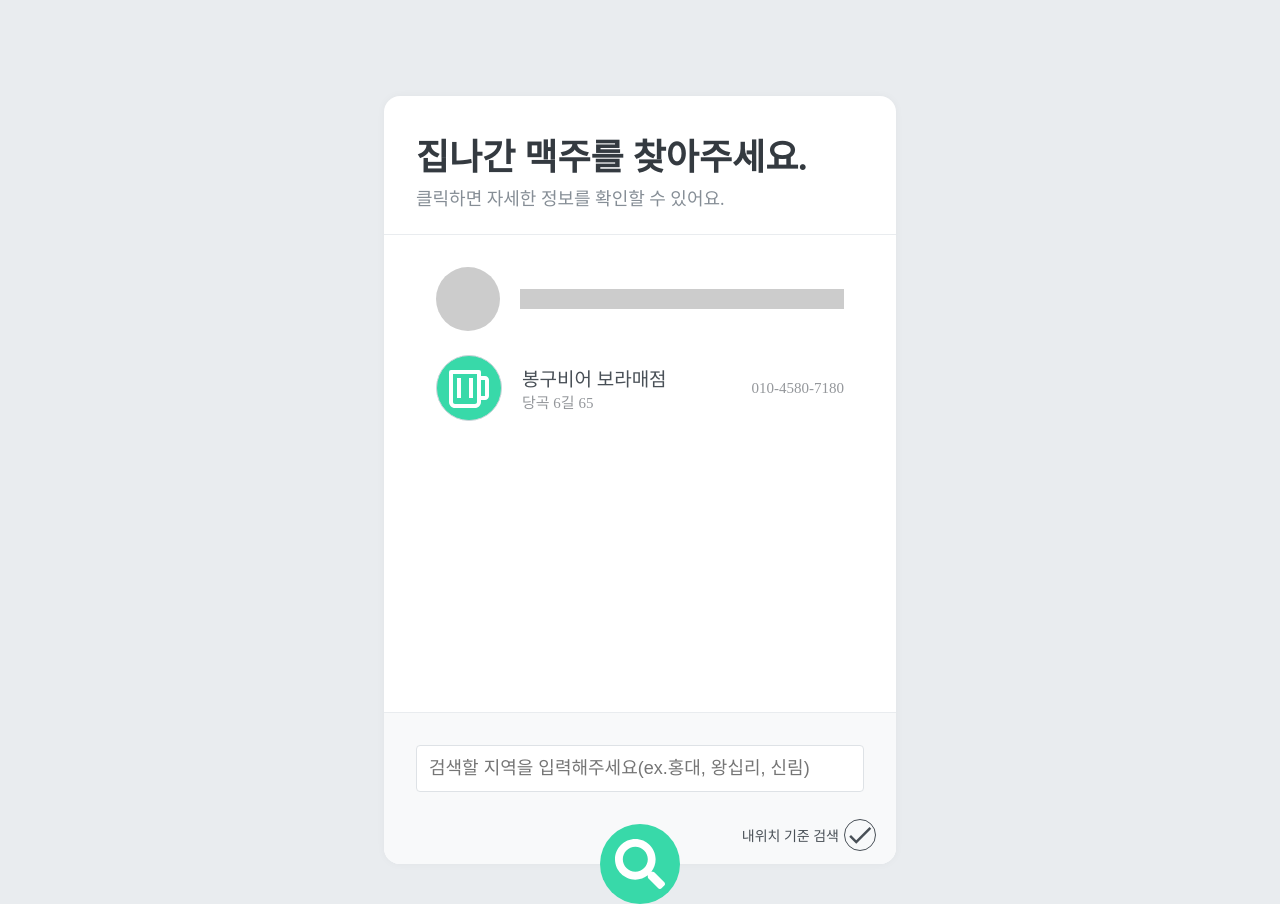
Repository: THE-SOPT-WEB/kimNamjun
Page: / (app in week4/bring-my-beer/)
The author's editor kept a copy of each file at every save. The page is drawn from the files as they stood at one save, then again after a run of saves.
The browser window is 1280 px wide. The pictures show the whole page.
The project was rebuilt for these pictures with package versions that can differ from the ones it lists, and the page was loaded fresh each time.

Above is the page before, as saved 2022-05-13 03:27:58.

### week4/bring-my-beer/public/index.html
<!DOCTYPE html>
<html lang="en">
  <head>
    <meta charset="utf-8" />
    <link rel="icon" href="%PUBLIC_URL%/favicon.ico" />
    <meta name="viewport" content="width=device-width, initial-scale=1" />
    <meta name="theme-color" content="#000000" />
    <meta
      name="description"
      content="Web site created using create-react-app"
    />
    <link rel="apple-touch-icon" href="%PUBLIC_URL%/logo192.png" />
    <!--
      manifest.json provides metadata used when your web app is installed on a
      user's mobile device or desktop. See https://developers.google.com/web/fundamentals/web-app-manifest/
    -->
    <link rel="manifest" href="%PUBLIC_URL%/manifest.json" />
    <!--
      Notice the use of %PUBLIC_URL% in the tags above.
      It will be replaced with the URL of the `public` folder during the build.
      Only files inside the `public` folder can be referenced from the HTML.

      Unlike "/favicon.ico" or "favicon.ico", "%PUBLIC_URL%/favicon.ico" will
      work correctly both with client-side routing and a non-root public URL.
      Learn how to configure a non-root public URL by running `npm run build`.
    -->
    <title>우리동네 맥주집</title>
  </head>
  <body>
    <noscript>You need to enable JavaScript to run this app.</noscript>
    <div id="root"></div>
    <!--
      This HTML file is a template.
      If you open it directly in the browser, you will see an empty page.

      You can add webfonts, meta tags, or analytics to this file.
      The build step will place the bundled scripts into the <body> tag.

      To begin the development, run `npm start` or `yarn start`.
      To create a production bundle, use `npm run build` or `yarn build`.
    -->
  </body>
</html>

### week4/bring-my-beer/src/App.js
import React from 'react';
import { createGlobalStyle } from 'styled-components';
import Template from './components/Template';
import Header from './components/Header';
import List from './components/List';
import Search from './components/Search';
import SkeletonItem from './components/SkeletonItem';


const GlobalStyle = createGlobalStyle`
  body {
    background: #e9ecef;
  }
`;

function App() {
  return (
    <>
      <GlobalStyle />
      <Template>
        <Header />
        <List />
        <Search />
      </Template>
    </>
  );
}

export default App;

### week4/bring-my-beer/src/components/Template.jsx
import React from 'react';
import styled from 'styled-components';

const TemplateBlock = styled.div`
  width: 512px;
  height: 768px;

  position: relative;
  background: white;
  border-radius: 16px;
  box-shadow: 0 0 8px 0 rgba(0, 0, 0, 0.04);

  margin: 0 auto;

  margin-top: 96px;
  margin-bottom: 32px;
  display: flex;
  flex-direction: column;
`;

function Template({ children }) {
  return <TemplateBlock>{children}</TemplateBlock>;
}

export default Template;

### week4/bring-my-beer/src/components/Header.jsx
import React from 'react';
import styled from 'styled-components';

const HeaderBlock = styled.div`
  padding: 32px 32px 24px 32px;
  border-bottom: 1px solid #e9ecef;
  h1 {
    margin: 0;
    font-size: 36px;
    color: #343a40;
  }
  .tip {
    margin-top: 4px;
    color: #868e96;
    font-size: 18px;
  }
`;

function Header() {
  return (
    <HeaderBlock>
      <h1>집나간 맥주를 찾아주세요. </h1>
      <div className="tip">클릭하면 자세한 정보를 확인할 수 있어요.</div>
    </HeaderBlock>
  );
}

export default Header;

### week4/bring-my-beer/src/components/List.jsx
import React from 'react';
import axios from "axios";
import Skeleton, { SkeletonTheme } from 'react-loading-skeleton'
import styled from 'styled-components';
import Item from './Item';
import SkeletonItem from './SkeletonItem';

const ListBlock = styled.div`
  flex: 1;
  padding: 20px 32px;
  padding-bottom: 48px;
  overflow-y: auto;
`;

function List() {
  return (
    <ListBlock>
      <SkeletonItem/>
      <Item title="봉구비어 보라매점" adress='당곡 6길 65' contact='010-4580-7180'/>
    </ListBlock>
  );
}

export default List;

### week4/bring-my-beer/src/components/Search.jsx
import React, {useState} from 'react';
import styled, {css} from 'styled-components';
import { FaSearch } from 'react-icons/fa';
import { MdDone } from 'react-icons/md';

const CircleButton = styled.button`
  background: #38d9a9;
  &:hover {
    background: #63e6be;
  }
  &:active {
    background: #20c997;
  }

  cursor: pointer;
  width: 80px;
  height: 80px;
  display: block;
  align-items: center;
  justify-content: center;
  font-size: 50px;
  position: absolute;
  left: 50%;
  bottom: 0px;
  transform: translate(-50%, 50%);
  color: white;
  border-radius: 50%;
  border: none;
  outline: none;
  display: flex;
  align-items: center;
  justify-content: center;
  transition: 0.125s all ease-in;

`;

const InsertFormPositioner = styled.div`
  width: 100%;
  bottom: 0;
  left: 0;
  position: absolute;
`;

const InsertForm = styled.form`
  background: #f8f9fa;
  padding: 32px 32px 72px 32px;
  border-bottom-left-radius: 16px;
  border-bottom-right-radius: 16px;
  border-top: 1px solid #e9ecef;
`;

const Input = styled.input`
  padding: 12px;
  border-radius: 4px;
  border: 1px solid #dee2e6;
  width: 100%;
  outline: none;
  font-size: 18px;
  box-sizing: border-box;
`;

const CheckBox = styled.div`
  font-size: 14px;
  position: absolute;
  right: 20px;
  bottom: 5px;
  display: flex;
  align-items: center;
  justify-content: center;
  transition: 0.125s all ease-in;
  color: #495057;
`

const SmallCheckButton = styled.div`
  &:hover {
    border: 1px solid #38d9a9;
    color:#38d9a9;
  }
  &:active {
    border: 1px solid #20c997;;
    color:#20c997;;
  }

  cursor: pointer;
  width: 30px;
  height: 30px;
  font-size: 50px;
  color: #495057;
  border: 1px solid #495057;
  border-radius: 50%;
  margin-left: 5px;
  display: flex;
  align-items: center;
  justify-content: center;

  transition: 0.125s all ease-in;
  ${props =>
    props.checked &&
    css`
      border: 1px solid #38d9a9;
      color:#38d9a9;
    `}
`

function Search() {

  const [checked, setChecked] = useState(false);

  const onToggle = () => setChecked(!checked);

  return (
    <>
        <InsertFormPositioner>
          <InsertForm>
            <Input autoFocus placeholder="검색할 지역을 입력해주세요(ex.홍대, 왕십리, 신림)" disabled={checked ? true : false } />
          </InsertForm>
        </InsertFormPositioner>
      <CircleButton>
        <FaSearch/>
      </CircleButton>
      <CheckBox>
        <p> 내위치 기준 검색</p>
        <SmallCheckButton onClick={onToggle} checked={ checked ? true : false }>
          <MdDone/>
        </SmallCheckButton>
      </CheckBox>

    </>
  );
}

export default Search;

### week4/bring-my-beer/src/components/SkeletonItem.jsx
import React from 'react';
import styled  from 'styled-components';

const ItemBlock = styled.div`
  display: flex;
  align-items: center;
  padding: 12px 20px;
`;

const Icon = styled.div`
  width: 64px;
  height: 64px;
  border-radius: 50px;
  margin-right: 20px;
  background-color: #ccc;
`;

const Title = styled.div`
  width: 20px;
  height:20px;
  background-color: #ccc;
`;

const Adress = styled.div`
  width: 20px;
  height:20px;
  background-color: #ccc;
`

const  Contact = styled.div`
  flex: 1;
  width: 100px;
  height:20px;
  background-color: #ccc;
`

function SkeletonItem({ title,adress,contact }) {
  return (
    <ItemBlock>
      <Icon/>
      <Title>
        <Adress/>
      </Title>
      <Contact/>
    </ItemBlock>
  );
}

export default SkeletonItem;

### week4/bring-my-beer/src/components/Item.jsx
import React from 'react';
import styled  from 'styled-components';
import { BiBeer } from 'react-icons/bi';

const ItemBlock = styled.div`
  display: flex;
  align-items: center;
  padding: 12px 20px;
  border-radius:10px;
  transition: 0.25s all ease-in;
  cursor: pointer;
  &:hover{
    transform: scale(1.05);
  }
`;

const Icon = styled.div`
  width: 64px;
  height: 64px;
  border-radius: 50px;
  border: 1px solid #ced4da;
  font-size: 48px;
  display: flex;
  align-items: center;
  justify-content: center;
  margin-right: 20px;
  cursor: pointer;
  background-color: #38d9a9;
  color: #fff;
`;

const Title = styled.div`
  flex: 1;
  font-size: 19px;
  color: #495057;
`;

const Adress = styled.div`
  font-size: 15px;
  color: #94979b;
`

const  Contact = styled.div`
  font-size: 15px;
  color: #94979b;
`

function Item({ title,adress,contact }) {
  return (
    <ItemBlock>
      <Icon >
        <BiBeer />
      </Icon>
      <Title >{title}
        <Adress>{adress}</Adress>
      </Title>
      <Contact>{contact}</Contact>
    </ItemBlock>
  );
}

export default Item;

Loaded but not shown: week4/bring-my-beer/src/index.js (common file)

After the next 2 saves:
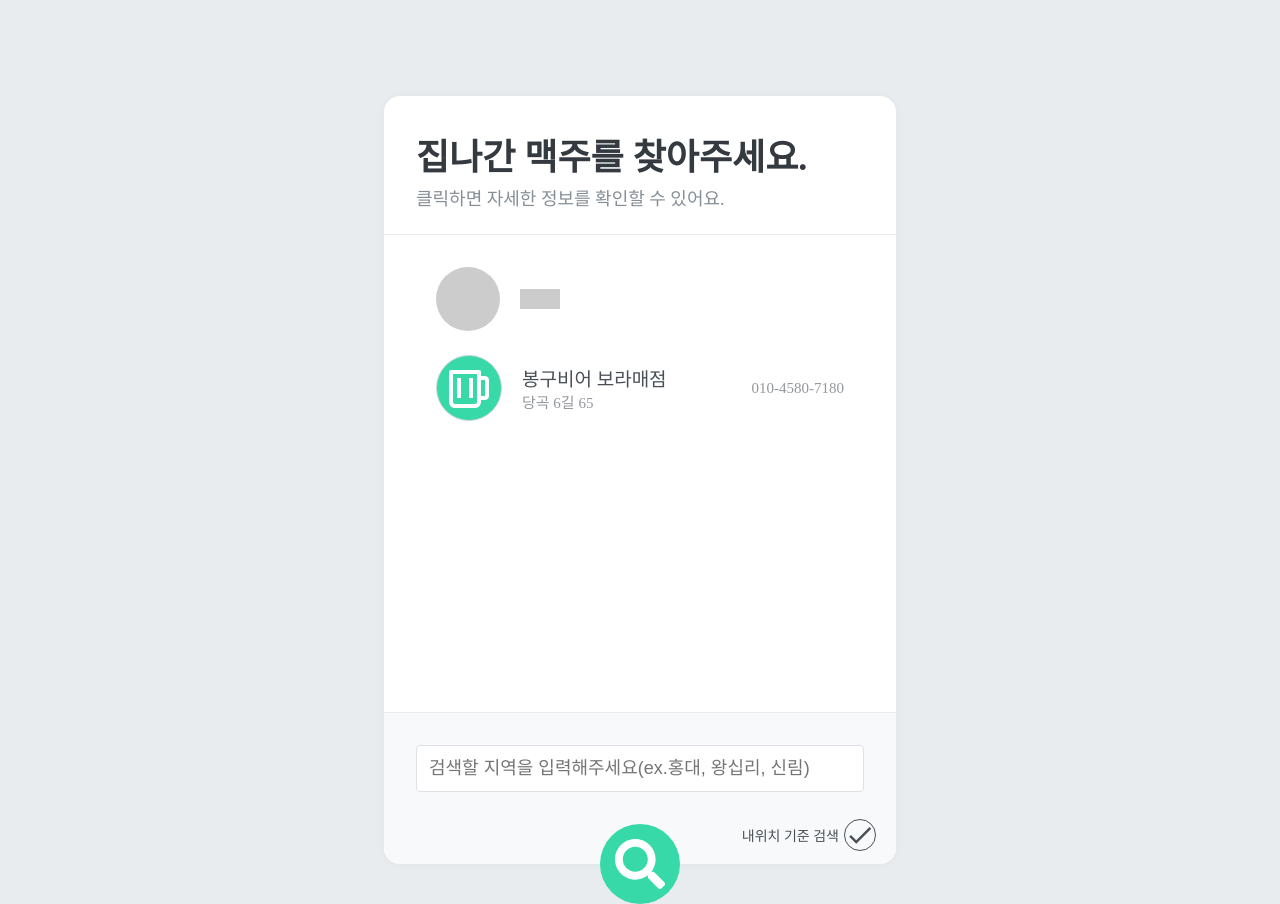
The 2 saves are shown as one change because they came seconds apart.
The last was saved 8 s later.
--- a/week4/bring-my-beer/src/components/SkeletonItem.jsx
+++ b/week4/bring-my-beer/src/components/SkeletonItem.jsx
@@ -28,8 +28,7 @@ const Adress = styled.div`
 `
 
 const  Contact = styled.div`
-  flex: 1;
-  width: 100px;
+  width: 20px;
   height:20px;
   background-color: #ccc;
 `
